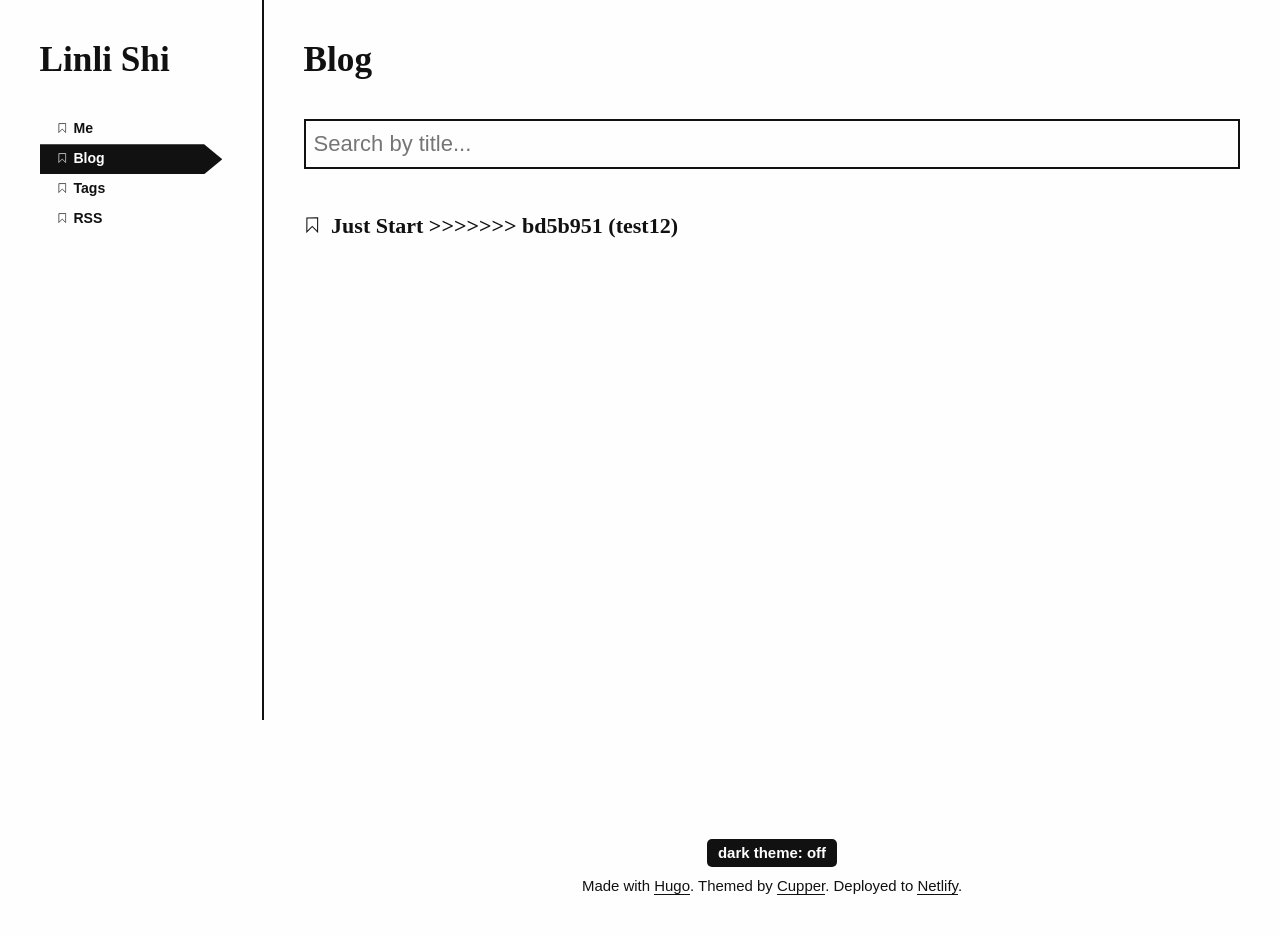
Repository: indexss/indexss.github.io
Page: post/index.html
An editor plug-in stored every save of this project. The page is shown before and after the next save, followed by the edit.
The browser window is 1280 px wide. The pictures show the whole page.
Some web fonts or font styles are not loaded; a fallback is used. Some web libraries are served in a nearby version.

Above is the page before, as saved 2024-03-06 22:55:31.

### post/index.html
<!DOCTYPE html>
<html lang="en">
  <head>
  <meta charset="utf-8">
  <meta name="viewport" content="width=device-width, initial-scale=1.0">
  <meta http-equiv="X-UA-Compatible" content="IE=edge">

  <meta name="generator" content="Hugo 0.123.7">
  <link rel="canonical" href="https://indexss.github.io/post/" />



    <meta name="description" content="Blog">


  <link rel="apple-touch-icon" sizes="180x180" href="https://indexss.github.io/apple-touch-icon.png">
  <link rel="icon" type="image/png" sizes="32x32" href="https://indexss.github.io/favicon-32x32.png">
  <link rel="icon" type="image/png" sizes="16x16" href="https://indexss.github.io/favicon-16x16.png">
  <link rel="manifest" href="https://indexss.github.io/site.webmanifest">
  <link rel="mask-icon" href="https://indexss.github.io/safari-pinned-tab.svg" color="#000000">
  <meta name="msapplication-TileColor" content="#ffffff">
  <meta name="theme-color" content="#ffffff">

  <style>
    body {
      visibility: hidden;
      opacity: 0;
    }
  </style>

  <style id="darkTheme">
    .intro-and-nav,
    .main-and-footer {
      filter: invert(100%);
    }

    * {
      background-color: inherit
    }

    img:not([src*=".svg"]),
    .colors,
    iframe,
    .demo-container {
      filter: invert(100%);
    }
  </style>

  <link rel="stylesheet" href="/css/prism.css" media="none" onload="this.media='all';">



  <link rel="stylesheet" type="text/css" href="/css/styles.css">


    <link rel="stylesheet" href="/css/custom_01.css">

    <link rel="stylesheet" href="/css/custom_02.css">




  <title>Blog | Cupper</title>
</head>

  <body>
    <a href="#main">skip to content</a>
    <noscript>
  <style>
    body {
      visibility: visible;
      opacity: 1;
    }
  </style>
</noscript>

    <svg style="display: none">
  <symbol id="bookmark" viewBox="0 0 40 50">
   <g transform="translate(2266 3206.2)">
    <path style="stroke:currentColor;stroke-width:3.2637;fill:none" d="m-2262.2-3203.4-.2331 42.195 16.319-16.318 16.318 16.318.2331-42.428z"/>
   </g>
  </symbol>

  <symbol id="w3c" viewBox="0 0 127.09899 67.763">
   <text font-size="83" style="font-size:83px;font-family:Trebuchet;letter-spacing:-12;fill-opacity:0" letter-spacing="-12" y="67.609352" x="-26.782778">W3C</text>
   <text font-size="83" style="font-size:83px;font-weight:bold;font-family:Trebuchet;fill-opacity:0" y="67.609352" x="153.21722" font-weight="bold">SVG</text>
   <path style="fill:currentColor;image-rendering:optimizeQuality;shape-rendering:geometricPrecision" d="m33.695.377 12.062 41.016 12.067-41.016h8.731l-19.968 67.386h-.831l-12.48-41.759-12.479 41.759h-.832l-19.965-67.386h8.736l12.061 41.016 8.154-27.618-3.993-13.397h8.737z"/>
   <path style="fill:currentColor;image-rendering:optimizeQuality;shape-rendering:geometricPrecision" d="m91.355 46.132c0 6.104-1.624 11.234-4.862 15.394-3.248 4.158-7.45 6.237-12.607 6.237-3.882 0-7.263-1.238-10.148-3.702-2.885-2.47-5.02-5.812-6.406-10.022l6.82-2.829c1.001 2.552 2.317 4.562 3.953 6.028 1.636 1.469 3.56 2.207 5.781 2.207 2.329 0 4.3-1.306 5.909-3.911 1.609-2.606 2.411-5.738 2.411-9.401 0-4.049-.861-7.179-2.582-9.399-1.995-2.604-5.129-3.912-9.397-3.912h-3.327v-3.991l11.646-20.133h-14.062l-3.911 6.655h-2.493v-14.976h32.441v4.075l-12.31 21.217c4.324 1.385 7.596 3.911 9.815 7.571 2.22 3.659 3.329 7.953 3.329 12.892z"/>
   <path style="fill:currentColor;image-rendering:optimizeQuality;shape-rendering:geometricPrecision" d="m125.21 0 1.414 8.6-5.008 9.583s-1.924-4.064-5.117-6.314c-2.693-1.899-4.447-2.309-7.186-1.746-3.527.73-7.516 4.938-9.258 10.13-2.084 6.21-2.104 9.218-2.178 11.978-.115 4.428.58 7.043.58 7.043s-3.04-5.626-3.011-13.866c.018-5.882.947-11.218 3.666-16.479 2.404-4.627 5.954-7.404 9.114-7.728 3.264-.343 5.848 1.229 7.841 2.938 2.089 1.788 4.213 5.698 4.213 5.698l4.94-9.837z"/>
   <path style="fill:currentColor;image-rendering:optimizeQuality;shape-rendering:geometricPrecision" d="m125.82 48.674s-2.208 3.957-3.589 5.48c-1.379 1.524-3.849 4.209-6.896 5.555-3.049 1.343-4.646 1.598-7.661 1.306-3.01-.29-5.807-2.032-6.786-2.764-.979-.722-3.486-2.864-4.897-4.854-1.42-2-3.634-5.995-3.634-5.995s1.233 4.001 2.007 5.699c.442.977 1.81 3.965 3.749 6.572 1.805 2.425 5.315 6.604 10.652 7.545 5.336.945 9.002-1.449 9.907-2.031.907-.578 2.819-2.178 4.032-3.475 1.264-1.351 2.459-3.079 3.116-4.108.487-.758 1.276-2.286 1.276-2.286l-1.276-6.644z"/>
  </symbol>

  <symbol id="tag" viewBox="0 0 177.16535 177.16535">
    <g transform="translate(0 -875.2)">
     <path style="fill-rule:evenodd;stroke-width:0;fill:currentColor" d="m159.9 894.3-68.79 8.5872-75.42 77.336 61.931 60.397 75.429-76.565 6.8495-69.755zm-31.412 31.835a10.813 10.813 0 0 1 1.8443 2.247 10.813 10.813 0 0 1 -3.5174 14.872l-.0445.0275a10.813 10.813 0 0 1 -14.86 -3.5714 10.813 10.813 0 0 1 3.5563 -14.863 10.813 10.813 0 0 1 13.022 1.2884z"/>
    </g>
  </symbol>

  <symbol id="balloon" viewBox="0 0 141.73228 177.16535">
   <g transform="translate(0 -875.2)">
    <g>
     <path style="fill:currentColor" d="m68.156 882.83-.88753 1.4269c-4.9564 7.9666-6.3764 17.321-5.6731 37.378.36584 10.437 1.1246 23.51 1.6874 29.062.38895 3.8372 3.8278 32.454 4.6105 38.459 4.6694-.24176 9.2946.2879 14.377 1.481 1.2359-3.2937 5.2496-13.088 8.886-21.623 6.249-14.668 8.4128-21.264 10.253-31.252 1.2464-6.7626 1.6341-12.156 1.4204-19.764-.36325-12.93-2.1234-19.487-6.9377-25.843-2.0833-2.7507-6.9865-7.6112-7.9127-7.8436-.79716-.20019-6.6946-1.0922-6.7755-1.0248-.02213.0182-5.0006-.41858-7.5248-.22808l-2.149-.22808h-3.3738z"/>
     <path style="fill:currentColor" d="m61.915 883.28-3.2484.4497c-1.7863.24724-3.5182.53481-3.8494.63994-2.4751.33811-4.7267.86957-6.7777 1.5696-.28598 0-1.0254.20146-2.3695.58589-5.0418 1.4418-6.6374 2.2604-8.2567 4.2364-6.281 7.6657-11.457 18.43-12.932 26.891-1.4667 8.4111.71353 22.583 5.0764 32.996 3.8064 9.0852 13.569 25.149 22.801 37.517 1.3741 1.841 2.1708 2.9286 2.4712 3.5792 3.5437-1.1699 6.8496-1.9336 10.082-2.3263-1.3569-5.7831-4.6968-21.86-6.8361-33.002-.92884-4.8368-2.4692-14.322-3.2452-19.991-.68557-5.0083-.77707-6.9534-.74159-15.791.04316-10.803.41822-16.162 1.5026-21.503 1.4593-5.9026 3.3494-11.077 6.3247-15.852z"/>
     <path style="fill:currentColor" d="m94.499 885.78c-.10214-.0109-.13691 0-.0907.0409.16033.13489 1.329 1.0675 2.5976 2.0723 6.7003 5.307 11.273 14.568 12.658 25.638.52519 4.1949.24765 14.361-.5059 18.523-2.4775 13.684-9.7807 32.345-20.944 53.519l-3.0559 5.7971c2.8082.76579 5.7915 1.727 8.9926 2.8441 11.562-11.691 18.349-19.678 24.129-28.394 7.8992-11.913 11.132-20.234 12.24-31.518.98442-10.02-1.5579-20.876-6.7799-28.959-.2758-.4269-.57803-.86856-.89617-1.3166-3.247-6.13-9.752-12.053-21.264-16.131-2.3687-.86369-6.3657-2.0433-7.0802-2.1166z"/>
     <path style="fill:currentColor" d="m32.52 892.22c-.20090-.13016-1.4606.81389-3.9132 2.7457-11.486 9.0476-17.632 24.186-16.078 39.61.79699 7.9138 2.4066 13.505 5.9184 20.562 5.8577 11.77 14.749 23.219 30.087 38.74.05838.059.12188.1244.18052.1838 1.3166-.5556 2.5965-1.0618 3.8429-1.5199-.66408-.32448-1.4608-1.3297-3.8116-4.4602-5.0951-6.785-8.7512-11.962-13.051-18.486-5.1379-7.7948-5.0097-7.5894-8.0586-13.054-6.2097-11.13-8.2674-17.725-8.6014-27.563-.21552-6.3494.13041-9.2733 1.775-14.987 2.1832-7.5849 3.9273-10.986 9.2693-18.07 1.7839-2.3656 2.6418-3.57 2.4409-3.7003z"/>
     <path style="fill:currentColor" d="m69.133 992.37c-6.2405.0309-12.635.76718-19.554 2.5706 4.6956 4.7759 9.935 10.258 12.05 12.625l4.1272 4.6202h11.493l3.964-4.4516c2.0962-2.3541 7.4804-7.9845 12.201-12.768-8.378-1.4975-16.207-2.6353-24.281-2.5955z"/>
     <rect style="stroke-width:0;fill:currentColor" ry="2.0328" height="27.746" width="22.766" y="1017.7" x="60.201"/>
    </g>
   </g>
  </symbol>

  <symbol id="info" viewBox="0 0 41.667 41.667">
   <g transform="translate(-37.035 -1004.6)">
    <path style="stroke-linejoin:round;stroke:currentColor;stroke-linecap:round;stroke-width:3.728;fill:none" d="m76.25 1030.2a18.968 18.968 0 0 1 -23.037 13.709 18.968 18.968 0 0 1 -13.738 -23.019 18.968 18.968 0 0 1 23.001 -13.768 18.968 18.968 0 0 1 13.798 22.984"/>
    <g transform="matrix(1.1146 0 0 1.1146 -26.276 -124.92)">
     <path style="stroke:currentColor;stroke-linecap:round;stroke-width:3.728;fill:none" d="m75.491 1039.5v-8.7472"/>
     <path style="stroke-width:0;fill:currentColor" transform="scale(-1)" d="m-73.193-1024.5a2.3719 2.3719 0 0 1 -2.8807 1.7142 2.3719 2.3719 0 0 1 -1.718 -2.8785 2.3719 2.3719 0 0 1 2.8763 -1.7217 2.3719 2.3719 0 0 1 1.7254 2.8741"/>
    </g>
   </g>
  </symbol>

  <symbol id="warning" viewBox="0 0 48.430474 41.646302">
    <g transform="translate(-1.1273 -1010.2)">
     <path style="stroke-linejoin:round;stroke:currentColor;stroke-linecap:round;stroke-width:4.151;fill:none" d="m25.343 1012.3-22.14 37.496h44.28z"/>
     <path style="stroke:currentColor;stroke-linecap:round;stroke-width:4.1512;fill:none" d="m25.54 1027.7v8.7472"/>
     <path style="stroke-width:0;fill:currentColor" d="m27.839 1042.8a2.3719 2.3719 0 0 1 -2.8807 1.7143 2.3719 2.3719 0 0 1 -1.718 -2.8785 2.3719 2.3719 0 0 1 2.8763 -1.7217 2.3719 2.3719 0 0 1 1.7254 2.8741"/>
    </g>
  </symbol>

  <symbol id="menu" viewBox="0 0 50 50">
     <rect style="stroke-width:0;fill:currentColor" height="10" width="50" y="0" x="0"/>
     <rect style="stroke-width:0;fill:currentColor" height="10" width="50" y="20" x="0"/>
     <rect style="stroke-width:0;fill:currentColor" height="10" width="50" y="40" x="0"/>
   </symbol>

   <symbol id="link" viewBox="0 0 50 50">
    <g transform="translate(0 -1002.4)">
     <g transform="matrix(.095670 0 0 .095670 2.3233 1004.9)">
      <g>
       <path style="stroke-width:0;fill:currentColor" d="m452.84 192.9-128.65 128.65c-35.535 35.54-93.108 35.54-128.65 0l-42.881-42.886 42.881-42.876 42.884 42.876c11.845 11.822 31.064 11.846 42.886 0l128.64-128.64c11.816-11.831 11.816-31.066 0-42.9l-42.881-42.881c-11.822-11.814-31.064-11.814-42.887 0l-45.928 45.936c-21.292-12.531-45.491-17.905-69.449-16.291l72.501-72.526c35.535-35.521 93.136-35.521 128.64 0l42.886 42.881c35.535 35.523 35.535 93.141-.001 128.66zm-254.28 168.51-45.903 45.9c-11.845 11.846-31.064 11.817-42.881 0l-42.884-42.881c-11.845-11.821-11.845-31.041 0-42.886l128.65-128.65c11.819-11.814 31.069-11.814 42.884 0l42.886 42.886 42.876-42.886-42.876-42.881c-35.54-35.521-93.113-35.521-128.65 0l-128.65 128.64c-35.538 35.545-35.538 93.146 0 128.65l42.883 42.882c35.51 35.54 93.11 35.54 128.65 0l72.496-72.499c-23.956 1.597-48.092-3.784-69.474-16.283z"/>
      </g>
     </g>
    </g>
  </symbol>

  <symbol id="doc" viewBox="0 0 35 45">
   <g transform="translate(-147.53 -539.83)">
    <path style="stroke:currentColor;stroke-width:2.4501;fill:none" d="m149.38 542.67v39.194h31.354v-39.194z"/>
    <g style="stroke-width:25" transform="matrix(.098003 0 0 .098003 133.69 525.96)">
     <path d="m220 252.36h200" style="stroke:currentColor;stroke-width:25;fill:none"/>
     <path style="stroke:currentColor;stroke-width:25;fill:none" d="m220 409.95h200"/>
     <path d="m220 488.74h200" style="stroke:currentColor;stroke-width:25;fill:none"/>
     <path d="m220 331.15h200" style="stroke:currentColor;stroke-width:25;fill:none"/>
    </g>
   </g>
 </symbol>

 <symbol id="tick" viewBox="0 0 177.16535 177.16535">
  <g transform="translate(0 -875.2)">
   <rect style="stroke-width:0;fill:currentColor" transform="rotate(30)" height="155" width="40" y="702.99" x="556.82"/>
   <rect style="stroke-width:0;fill:currentColor" transform="rotate(30)" height="40" width="90.404" y="817.99" x="506.42"/>
  </g>
 </symbol>
</svg>

    <div class="wrapper">
      <header class="intro-and-nav" role="banner">
  <div>
    <div class="intro">
      <a
        class="logo"
        href="https://indexss.github.io/"
        aria-label="Cupper home page"
      >

          <h1>Linli Shi</h1>

      </a>
      <p class="library-desc">

      </p>
    </div>
    <nav id="patterns-nav" class="patterns" role="navigation">
  <h2 class="vh">Main navigation</h2>
  <button id="menu-button" aria-expanded="false">
    <svg viewBox="0 0 50 50" aria-hidden="true" focusable="false">
      <use href="#menu"></use>
    </svg>
    Menu
  </button>

  <ul id="patterns-list">

    <li class="pattern">




      <a href="/" >
        <svg class="bookmark-icon" aria-hidden="true" focusable="false" viewBox="0 0 40 50">
          <use href="#bookmark"></use>
        </svg>
        <span class="text">Me</span>
      </a>
    </li>

    <li class="pattern">




      <a href="/post/" aria-current="page">
        <svg class="bookmark-icon" aria-hidden="true" focusable="false" viewBox="0 0 40 50">
          <use href="#bookmark"></use>
        </svg>
        <span class="text">Blog</span>
      </a>
    </li>

    <li class="pattern">




      <a href="/tags/" >
        <svg class="bookmark-icon" aria-hidden="true" focusable="false" viewBox="0 0 40 50">
          <use href="#bookmark"></use>
        </svg>
        <span class="text">Tags</span>
      </a>
    </li>

    <li class="pattern">




      <a href="/index.xml" >
        <svg class="bookmark-icon" aria-hidden="true" focusable="false" viewBox="0 0 40 50">
          <use href="#bookmark"></use>
        </svg>
        <span class="text">RSS</span>
      </a>
    </li>

  </ul>
</nav>

  </div>
</header>

      <div class="main-and-footer">
        <div>

<main id="main">
  <h1>Blog</h1>

  <input
    id="search"
    type="text"
    placeholder="Search by title..."
    aria-label="Search by title"
  />

  <ul class="patterns-list" id="list">

    <li>
      <h2>

        <a href="/quickstart/">

          <svg
            class="bookmark"
            aria-hidden="true"
            viewBox="0 0 40 50"
            focusable="false"
          >
            <use href="#bookmark"></use>
          </svg>

          Just Start
>>>>>>> bd5b951 (test12)
        </a>
      </h2>
    </li>

  </ul>
</main>


            <footer role="contentinfo">
  <div

  >
    <label for="themer">
      dark theme: <input type="checkbox" id="themer" class="vh">

      <span aria-hidden="true"></span>
    </label>
  </div>

    Made with <a href="https://gohugo.io/">Hugo</a>. Themed by <a href="https://github.com/zwbetz-gh/cupper-hugo-theme">Cupper</a>. Deployed to <a href="https://www.netlify.com/">Netlify</a>.

</footer>


        </div>
      </div>
    </div>


<script src="/js/dom-scripts.js"></script>

<script src="/js/prism.js"></script>



<script src="/js/search.7aef046a0cc8b0c532f1d20087b920459bc868c936bb48a6ae221eceefca2d07.js"></script>

<link rel="stylesheet" href="/css/search.fe0cd54a21628574bff49d721c827d1bb165ab56b0f22dd55ae78addbe61c309.css"></link>



  <script src="/js/custom_01.js"></script>

  <script src="/js/custom_02.js"></script>



<link rel="stylesheet" href="https://cdn.jsdelivr.net/npm/katex@0.10.1/dist/katex.min.css" integrity="sha384-dbVIfZGuN1Yq7/1Ocstc1lUEm+AT+/rCkibIcC/OmWo5f0EA48Vf8CytHzGrSwbQ" crossorigin="anonymous">
<script defer src="https://cdn.jsdelivr.net/npm/katex@0.10.1/dist/katex.min.js" integrity="sha384-2BKqo+exmr9su6dir+qCw08N2ZKRucY4PrGQPPWU1A7FtlCGjmEGFqXCv5nyM5Ij" crossorigin="anonymous"></script>
<script defer src="https://cdn.jsdelivr.net/npm/katex@0.10.1/dist/contrib/auto-render.min.js" integrity="sha384-kWPLUVMOks5AQFrykwIup5lo0m3iMkkHrD0uJ4H5cjeGihAutqP0yW0J6dpFiVkI" crossorigin="anonymous" onload="renderMathInElement(document.body);"></script>



  <script>
  window.ga=window.ga||function(){(ga.q=ga.q||[]).push(arguments)};ga.l=+new Date;
  ga('create', 'UA-123456789-1', 'auto');
  ga('send', 'pageview');
  </script>
  <script async src='https://www.google-analytics.com/analytics.js'></script>


  </body>
</html>

### css/custom_02.css
.your-custom-class-02 {
  display: block;
}

html {
  font-size: calc(1.1em); /* 从1.1em调整到1em */
}

html {
  line-height: 1.4; /* 从1.5调整到1.4或更小 */
}

.main-and-footer > div {
  max-width: 60rem; /* 从40rem调整到更大的值 */
}

### css/prism.css
/* PrismJS 1.15.0
https://prismjs.com/download.html#themes=prism&languages=markup+css+clike+javascript&plugins=line-numbers */
/**
 * prism.js default theme for JavaScript, CSS and HTML
 * Based on dabblet (http://dabblet.com)
 * @author Lea Verou
 */

code[class*="language-"],
pre[class*="language-"] {
	color: black;
	background: none;
	text-shadow: 0 1px white;
	font-family: Consolas, Monaco, 'Andale Mono', 'Ubuntu Mono', monospace;
	text-align: left;
	white-space: pre;
	word-spacing: normal;
	word-break: normal;
	word-wrap: normal;
	line-height: 1.5;

	-moz-tab-size: 4;
	-o-tab-size: 4;
	tab-size: 4;

	-webkit-hyphens: none;
	-moz-hyphens: none;
	-ms-hyphens: none;
	hyphens: none;
}

pre[class*="language-"]::-moz-selection, pre[class*="language-"] ::-moz-selection,
code[class*="language-"]::-moz-selection, code[class*="language-"] ::-moz-selection {
	text-shadow: none;
	background: #b3d4fc;
}

pre[class*="language-"]::selection, pre[class*="language-"] ::selection,
code[class*="language-"]::selection, code[class*="language-"] ::selection {
	text-shadow: none;
	background: #b3d4fc;
}

@media print {
	code[class*="language-"],
	pre[class*="language-"] {
		text-shadow: none;
	}
}

/* Code blocks */
pre[class*="language-"] {
	padding: 1em;
	margin: .5em 0;
	overflow: auto;
}

:not(pre) > code[class*="language-"],
pre[class*="language-"] {
	background: #f5f2f0;
}

/* Inline code */
:not(pre) > code[class*="language-"] {
	padding: .1em;
	border-radius: .3em;
	white-space: normal;
}

.token.comment,
.token.prolog,
.token.doctype,
.token.cdata {
	color: slategray;
}

.token.punctuation {
	color: #999;
}

.namespace {
	opacity: .7;
}

.token.property,
.token.tag,
.token.boolean,
.token.number,
.token.constant,
.token.symbol,
.token.deleted {
	color: #905;
}

.token.selector,
.token.attr-name,
.token.string,
.token.char,
.token.builtin,
.token.inserted {
	color: #690;
}

.token.operator,
.token.entity,
.token.url,
.language-css .token.string,
.style .token.string {
	color: #9a6e3a;
	background: hsla(0, 0%, 100%, .5);
}

.token.atrule,
.token.attr-value,
.token.keyword {
	color: #07a;
}

.token.function,
.token.class-name {
	color: #DD4A68;
}

.token.regex,
.token.important,
.token.variable {
	color: #e90;
}

.token.important,
.token.bold {
	font-weight: bold;
}
.token.italic {
	font-style: italic;
}

.token.entity {
	cursor: help;
}

pre[class*="language-"].line-numbers {
	position: relative;
	padding-left: 3.8em;
	counter-reset: linenumber;
}

pre[class*="language-"].line-numbers > code {
	position: relative;
	white-space: inherit;
}

.line-numbers .line-numbers-rows {
	position: absolute;
	pointer-events: none;
	top: 0;
	font-size: 100%;
	left: -3.8em;
	width: 3em; /* works for line-numbers below 1000 lines */
	letter-spacing: -1px;
	border-right: 1px solid #999;

	-webkit-user-select: none;
	-moz-user-select: none;
	-ms-user-select: none;
	user-select: none;

}

	.line-numbers-rows > span {
		pointer-events: none;
		display: block;
		counter-increment: linenumber;
	}

		.line-numbers-rows > span:before {
			content: counter(linenumber);
			color: #999;
			display: block;
			padding-right: 0.8em;
			text-align: right;
		}

Loaded but not shown: css/custom_01.css (common file); js/prism.js (library); js/search.7aef046a0cc8b0c532f1d20087b920459bc868c936bb48a6ae221eceefca2d07.js (common file); css/search.fe0cd54a21628574bff49d721c827d1bb165ab56b0f22dd55ae78addbe61c309.css (common file); js/custom_01.js (common file); js/custom_02.js (common file); js/dom-scripts.js (156 lines, source omitted); css/styles.css (1041 lines, source omitted)

After the next save:
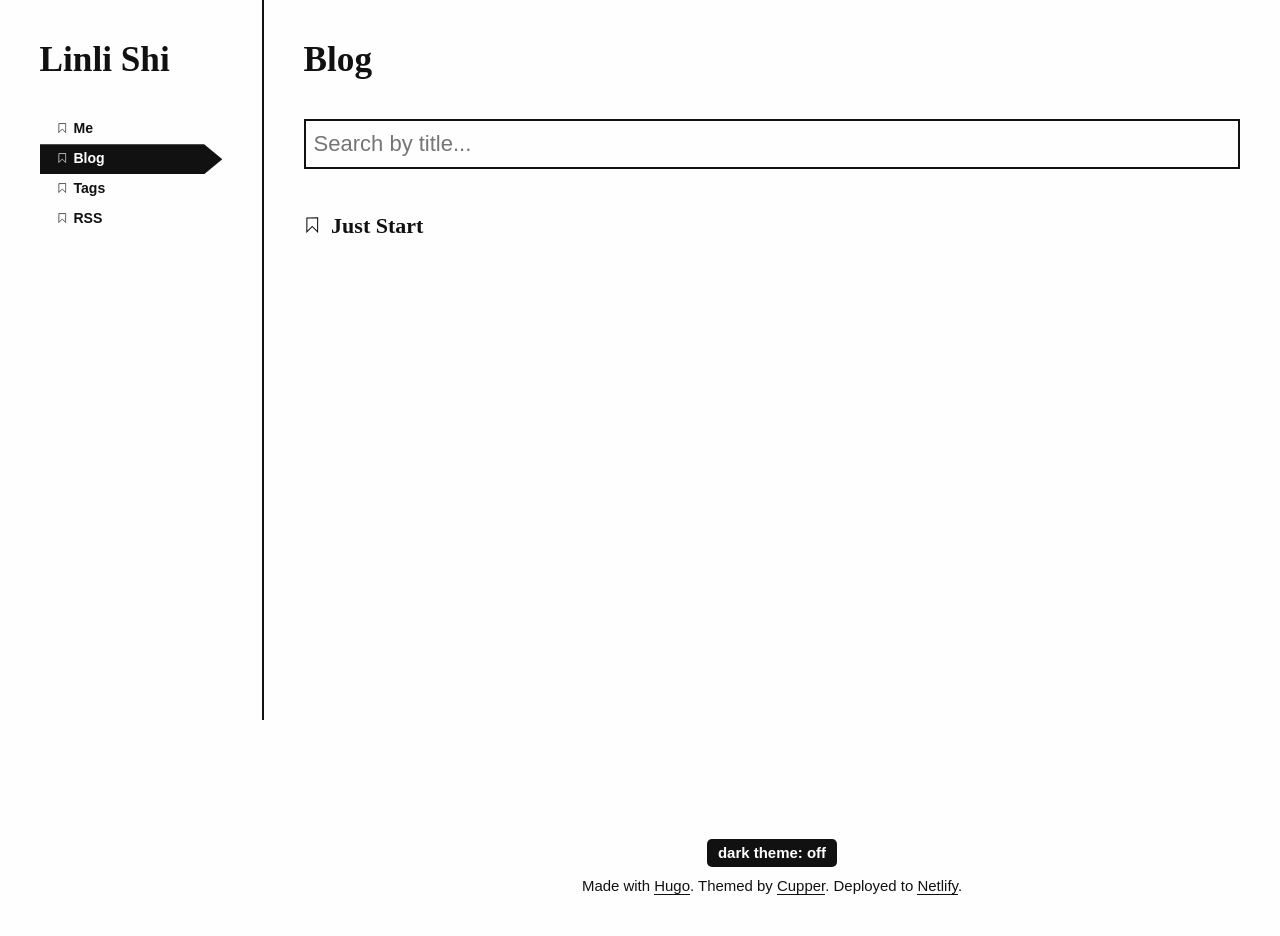
Saved 4 s later.
--- a/post/index.html
+++ b/post/index.html
@@ -279,7 +279,7 @@
           </svg>
 
           Just Start
->>>>>>> bd5b951 (test12)
+
         </a>
       </h2>
     </li>
